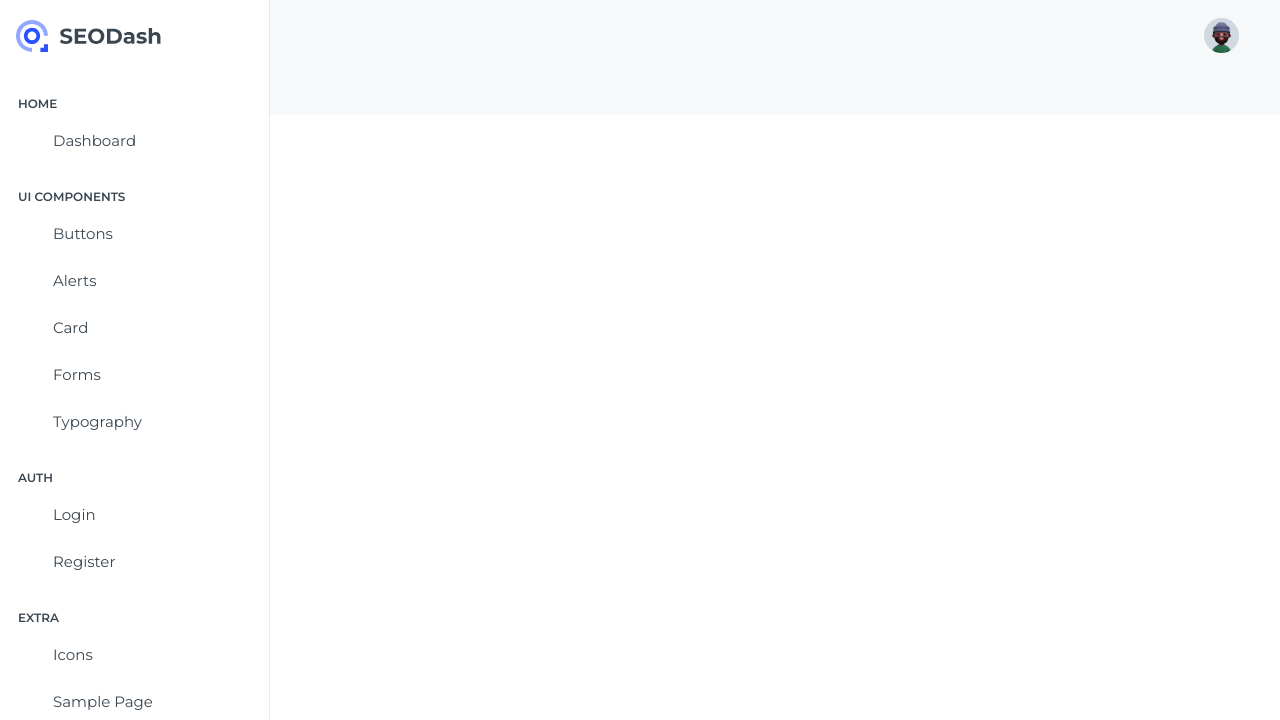
Repository: ThangkhuatIT/Nongsan
Page: resources/views/dashboard/dashboard.blade.php
These files come from the project's save history. The page is drawn as it stood at one moment and after the next save; the edit follows.
The browser window is 1280 px wide. The pictures show the whole page.
Some icons come from a web library that is not loaded, so they are not drawn. The page is served by the project's Laravel application, run on PHP 8.4 with Laravel 9. Other server files are loaded and not shown. The template is opened directly, without the code that normally fills it, so the values that code supplies are empty.

Above is the page before, as saved 2024-08-26 19:51:20.
Console error (its wording comes from the project's code and is left out).

### routes/web.php
<?php

use Illuminate\Support\Facades\Route;
// use models
use App\Http\Controllers\UserController;
/*
|--------------------------------------------------------------------------
| Web Routes
|--------------------------------------------------------------------------
|
| Here is where you can register web routes for your application. These
| routes are loaded by the RouteServiceProvider within a group which
| contains the "web" middleware group. Now create something great!
|
*/

Route::get('/', function () {
    return view('dashboard.dashboard');
})->name('news.index');

Route::get('/login', [UserController::class, 'index'])->name('login.index');
Route::post('/login', [UserController::class, 'login'])->name('login.post');

### resources/views/dashboard/dashboard.blade.php
<!doctype html>
<html lang="en">


<!-- Mirrored from themewagon.github.io/SEODash/ by HTTrack Website Copier/3.x [XR&CO'2014], Mon, 26 Aug 2024 12:31:18 GMT -->
<!-- Added by HTTrack --><meta http-equiv="content-type" content="text/html;charset=utf-8" /><!-- /Added by HTTrack -->
<head>
  <meta charset="utf-8">
  <meta name="viewport" content="width=device-width, initial-scale=1">
  <title>SeoDash Free Bootstrap Admin Template by Adminmart</title>
  <link rel="shortcut icon" type="image/png" href="{{asset('assetdashboard/images/logos/seodashlogo.png')}}" />
  <link rel="stylesheet" href="assetdashboard/css/styles.min.css" />
</head>

<body>
  <!--  Body Wrapper -->
  <div class="page-wrapper" id="main-wrapper" data-layout="vertical" data-navbarbg="skin6" data-sidebartype="full"
    data-sidebar-position="fixed" data-header-position="fixed">
    <!-- Sidebar Start -->
    <aside class="left-sidebar">
      <!-- Sidebar scroll-->
      <div>
        <div class="brand-logo d-flex align-items-center justify-content-between">
          <a href="index-2.html" class="text-nowrap logo-img">
            <img src="assetdashboard/images/logos/logo-light.svg" alt="" />
          </a>
          <div class="close-btn d-xl-none d-block sidebartoggler cursor-pointer" id="sidebarCollapse">
            <i class="ti ti-x fs-8"></i>
          </div>
        </div>
        <!-- Sidebar navigation-->
        <nav class="sidebar-nav scroll-sidebar" data-simplebar="">
          <ul id="sidebarnav">
            <li class="nav-small-cap">
              <i class="ti ti-dots nav-small-cap-icon fs-6"></i>
              <span class="hide-menu">Home</span>
            </li>
            <li class="sidebar-item">
              <a class="sidebar-link" href="index-2.html" aria-expanded="false">
                <span>
                  <iconify-icon icon="solar:home-smile-bold-duotone" class="fs-6"></iconify-icon>
                </span>
                <span class="hide-menu">Dashboard</span>
              </a>
            </li>
            <li class="nav-small-cap">
              <i class="ti ti-dots nav-small-cap-icon fs-6"></i>
              <span class="hide-menu">UI COMPONENTS</span>
            </li>
            <li class="sidebar-item">
              <a class="sidebar-link" href="ui-buttons.html" aria-expanded="false">
                <span>
                  <iconify-icon icon="solar:layers-minimalistic-bold-duotone" class="fs-6"></iconify-icon>
                </span>
                <span class="hide-menu">Buttons</span>
              </a>
            </li>
            <li class="sidebar-item">
              <a class="sidebar-link" href="ui-alerts.html" aria-expanded="false">
                <span>
                  <iconify-icon icon="solar:danger-circle-bold-duotone" class="fs-6"></iconify-icon>
                </span>
                <span class="hide-menu">Alerts</span>
              </a>
            </li>
            <li class="sidebar-item">
              <a class="sidebar-link" href="ui-card.html" aria-expanded="false">
                <span>
                  <iconify-icon icon="solar:bookmark-square-minimalistic-bold-duotone" class="fs-6"></iconify-icon>
                </span>
                <span class="hide-menu">Card</span>
              </a>
            </li>
            <li class="sidebar-item">
              <a class="sidebar-link" href="ui-forms.html" aria-expanded="false">
                <span>
                  <iconify-icon icon="solar:file-text-bold-duotone" class="fs-6"></iconify-icon>
                </span>
                <span class="hide-menu">Forms</span>
              </a>
            </li>
            <li class="sidebar-item">
              <a class="sidebar-link" href="ui-typography.html" aria-expanded="false">
                <span>
                  <iconify-icon icon="solar:text-field-focus-bold-duotone" class="fs-6"></iconify-icon>
                </span>
                <span class="hide-menu">Typography</span>
              </a>
            </li>
            <li class="nav-small-cap">
              <iconify-icon icon="solar:menu-dots-linear" class="nav-small-cap-icon fs-6" class="fs-6"></iconify-icon>
              <span class="hide-menu">AUTH</span>
            </li>
            <li class="sidebar-item">
              <a class="sidebar-link" href="authentication-login.html" aria-expanded="false">
                <span>
                  <iconify-icon icon="solar:login-3-bold-duotone" class="fs-6"></iconify-icon>
                </span>
                <span class="hide-menu">Login</span>
              </a>
            </li>
            <li class="sidebar-item">
              <a class="sidebar-link" href="authentication-register.html" aria-expanded="false">
                <span>
                  <iconify-icon icon="solar:user-plus-rounded-bold-duotone" class="fs-6"></iconify-icon>
                </span>
                <span class="hide-menu">Register</span>
              </a>
            </li>
            <li class="nav-small-cap">
              <iconify-icon icon="solar:menu-dots-linear" class="nav-small-cap-icon fs-4" class="fs-6"></iconify-icon>
              <span class="hide-menu">EXTRA</span>
            </li>
            <li class="sidebar-item">
              <a class="sidebar-link" href="icon-tabler.html" aria-expanded="false">
                <span>
                  <iconify-icon icon="solar:sticker-smile-circle-2-bold-duotone" class="fs-6"></iconify-icon>
                </span>
                <span class="hide-menu">Icons</span>
              </a>
            </li>
            <li class="sidebar-item">
              <a class="sidebar-link" href="sample-page.html" aria-expanded="false">
                <span>
                  <iconify-icon icon="solar:planet-3-bold-duotone" class="fs-6"></iconify-icon>
                </span>
                <span class="hide-menu">Sample Page</span>
              </a>
            </li>
          </ul>
          <div class="unlimited-access hide-menu bg-primary-subtle position-relative mb-7 mt-7 rounded-3">
            <div class="d-flex">
              <div class="unlimited-access-title me-3">
                <h6 class="fw-semibold fs-4 mb-6 text-dark w-75">Upgrade to pro</h6>
                <a href="#" target="_blank"
                  class="btn btn-primary fs-2 fw-semibold lh-sm">Buy Pro</a>
              </div>
              <div class="unlimited-access-img">
                <img src="assetdashboard/images/backgrounds/rocket.png" alt="" class="img-fluid">
              </div>
            </div>
          </div>
        </nav>
        <!-- End Sidebar navigation -->
      </div>
      <!-- End Sidebar scroll-->
    </aside>
    <!--  Sidebar End -->
    <!--  Main wrapper -->
    <div class="body-wrapper">
      <!--  Header Start -->
      <header class="app-header">
        <nav class="navbar navbar-expand-lg navbar-light">
          <ul class="navbar-nav">
            <li class="nav-item d-block d-xl-none">
              <a class="nav-link sidebartoggler nav-icon-hover" id="headerCollapse" href="javascript:void(0)">
                <i class="ti ti-menu-2"></i>
              </a>
            </li>
          </ul>
          <div class="navbar-collapse justify-content-end px-0" id="navbarNav">
            <ul class="navbar-nav flex-row ms-auto align-items-center justify-content-end">
              <li class="nav-item dropdown">
                <a class="nav-link nav-icon-hover" href="javascript:void(0)" id="drop2" data-bs-toggle="dropdown"
                  aria-expanded="false">
                  <img src="assetdashboard/images/profile/user-1.jpg" alt="" width="35" height="35" class="rounded-circle">
                </a>
                <div class="dropdown-menu dropdown-menu-end dropdown-menu-animate-up" aria-labelledby="drop2">
                  <div class="message-body">
                    <a href="javascript:void(0)" class="d-flex align-items-center gap-2 dropdown-item">
                      <i class="ti ti-user fs-6"></i>
                      <p class="mb-0 fs-3">My Profile</p>
                    </a>
                    <a href="javascript:void(0)" class="d-flex align-items-center gap-2 dropdown-item">
                      <i class="ti ti-mail fs-6"></i>
                      <p class="mb-0 fs-3">My Account</p>
                    </a>
                    <a href="javascript:void(0)" class="d-flex align-items-center gap-2 dropdown-item">
                      <i class="ti ti-list-check fs-6"></i>
                      <p class="mb-0 fs-3">My Task</p>
                    </a>
                    <a href="authentication-login.html" class="btn btn-outline-primary mx-3 mt-2 d-block">Logout</a>
                  </div>
                </div>
              </li>
            </ul>
          </div>
        </nav>
      </header>
      <!--  Header End -->
      <div class="container-fluid">
      </div>
    </div>
  </div>
  <script src="assetdashboard/libs/jquery/dist/jquery.min.js"></script>
  <script src="assetdashboard/libs/bootstrap/dist/js/bootstrap.bundle.min.js"></script>
  <script src="assetdashboard/libs/apexcharts/dist/apexcharts.min.js"></script>
  <script src="assetdashboard/libs/simplebar/dist/simplebar.js"></script>
  <script src="assetdashboard/js/sidebarmenu.js"></script>
  <script src="assetdashboard/js/app.min.js"></script>
  <script src="assetdashboard/js/dashboard.js"></script>
  <script src="../../cdn.jsdelivr.net/npm/iconify-icon%401.0.8/dist/iconify-icon.min.js"></script>
</body>


<!-- Mirrored from themewagon.github.io/SEODash/ by HTTrack Website Copier/3.x [XR&CO'2014], Mon, 26 Aug 2024 12:31:25 GMT -->
</html>

Loaded but not shown: app/Providers/AppServiceProvider.php (common file); public/assetdashboard/css/styles.min.css (library); public/assetdashboard/libs/jquery/dist/jquery.min.js (library); public/assetdashboard/libs/simplebar/dist/simplebar.css (library); public/assetdashboard/libs/bootstrap/dist/js/bootstrap.bundle.min.js (library); public/assetdashboard/libs/apexcharts/dist/apexcharts.min.js (library); public/assetdashboard/libs/simplebar/dist/simplebar.js (library); public/assetdashboard/js/app.min.js (common file); public/assetdashboard/images/logos/logo-light.svg (12 lines, source omitted); public/assetdashboard/js/sidebarmenu.js (52 lines, source omitted); public/assetdashboard/js/dashboard.js (82 lines, source omitted); public/assetdashboard/css/icons/tabler-icons/tabler-icons.css (12031 lines, source omitted)

After the next save:
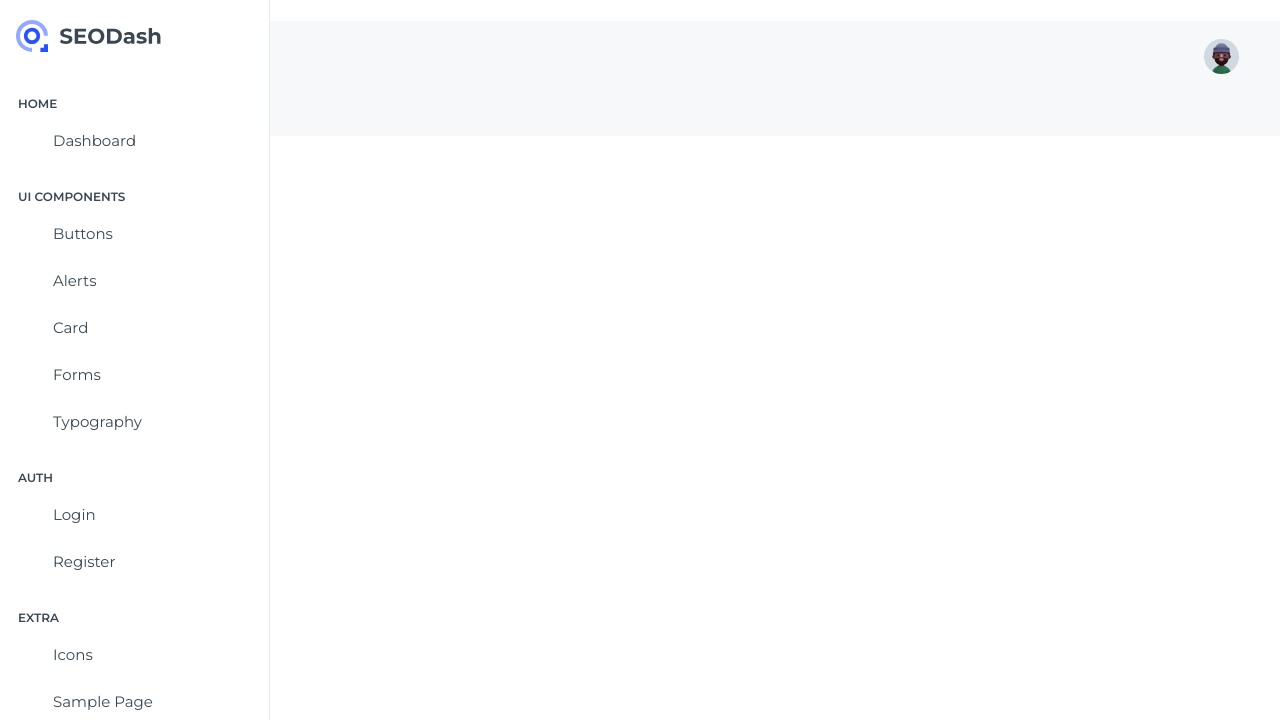
Saved 75 s later.
--- a/resources/views/dashboard/dashboard.blade.php
+++ b/resources/views/dashboard/dashboard.blade.php
@@ -8,8 +8,8 @@
   <meta charset="utf-8">
   <meta name="viewport" content="width=device-width, initial-scale=1">
   <title>SeoDash Free Bootstrap Admin Template by Adminmart</title>
-  <link rel="shortcut icon" type="image/png" href="{{asset('assetdashboard/images/logos/seodashlogo.png')}}" />
-  <link rel="stylesheet" href="assetdashboard/css/styles.min.css" />
+  <link rel="shortcut icon" type="image/png" href="{{asset('assetdashboard/images/logos/seodashlogo.png')}}" /> {{asset('')}}
+  <link rel="stylesheet" href="{{asset('assetdashboard/css/styles.min.css')}}" />
 </head>
 
 <body>
@@ -22,7 +22,7 @@
       <div>
         <div class="brand-logo d-flex align-items-center justify-content-between">
           <a href="index-2.html" class="text-nowrap logo-img">
-            <img src="assetdashboard/images/logos/logo-light.svg" alt="" />
+            <img src="{{asset('assetdashboard/images/logos/logo-light.svg')}}" alt="" />
           </a>
           <div class="close-btn d-xl-none d-block sidebartoggler cursor-pointer" id="sidebarCollapse">
             <i class="ti ti-x fs-8"></i>

After the save that followed:
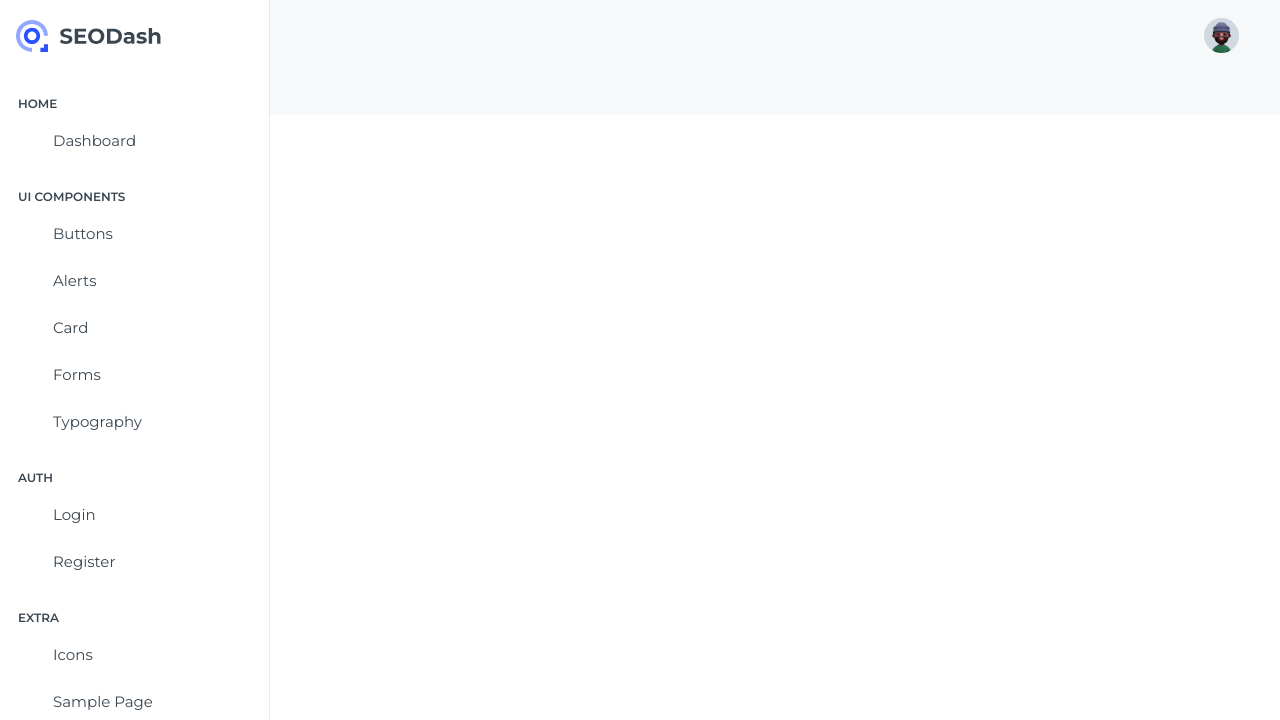
Saved 9 s later.
--- a/resources/views/dashboard/dashboard.blade.php
+++ b/resources/views/dashboard/dashboard.blade.php
@@ -8,7 +8,7 @@
   <meta charset="utf-8">
   <meta name="viewport" content="width=device-width, initial-scale=1">
   <title>SeoDash Free Bootstrap Admin Template by Adminmart</title>
-  <link rel="shortcut icon" type="image/png" href="{{asset('assetdashboard/images/logos/seodashlogo.png')}}" /> {{asset('')}}
+  <link rel="shortcut icon" type="image/png" href="{{asset('assetdashboard/images/logos/seodashlogo.png')}}" />
   <link rel="stylesheet" href="{{asset('assetdashboard/css/styles.min.css')}}" />
 </head>
 
